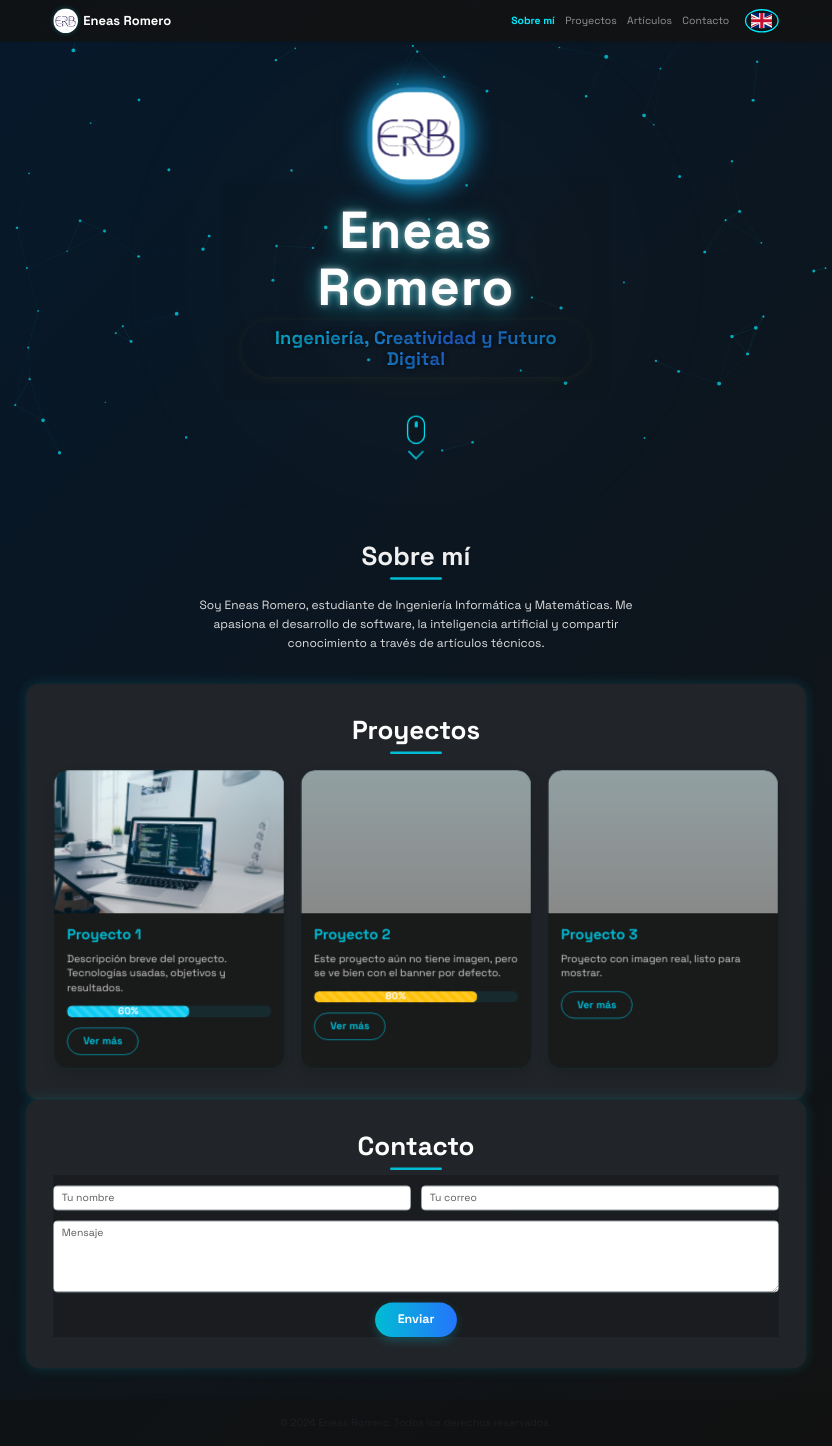
Repository: enerombar/enerombar.github.io
Page: index.html
These files come from the project's save history. The page is drawn as it stood at one moment and after a run of saves; the edit follows.
The browser window is 1280 px wide. The pictures show the whole page, at 65% of full size.
Pictures or frames that could not be fetched are drawn as grey boxes. Some web libraries are served in a nearby version.

Above is the page before, as saved 2025-06-27 02:19:58.
Console error: SyntaxError: Identifier 'translations' has already been declared

### index.html
<!DOCTYPE html>
<html lang="es">
<head>
  <meta charset="UTF-8" />
  <meta name="viewport" content="width=device-width, initial-scale=1" />
  <title>Eneas Romero - Portfolio</title>

  <!-- Google Fonts -->
  <link href="https://fonts.googleapis.com/css2?family=Space+Grotesk:wght@400;700&display=swap" rel="stylesheet" />

  <!-- Bootstrap -->
  <link href="https://cdn.jsdelivr.net/npm/bootstrap@5.3.0/dist/css/bootstrap.min.css" rel="stylesheet" />

<!-- AOS Animations -->
<link href="https://cdn.jsdelivr.net/npm/aos@2.3.4/dist/aos.css" rel="stylesheet" />


  <!-- FontAwesome Icons -->
  <script src="https://kit.fontawesome.com/2dd1da6546.js" crossorigin="anonymous"></script>

  <!-- Custom CSS -->
  <link href="styles.css" rel="stylesheet" />
  <!-- Elimina Particles.js -->
  <!-- <script src="https://cdn.jsdelivr.net/npm/particles.js@2.0.0/particles.min.js"></script> -->
</head>
<body>
  <!-- Pantalla de carga -->
  <div id="loading-screen">
    <div class="spinner"></div>
  </div>
  <!-- Fondo animado canvas -->
  <canvas id="background-canvas"></canvas>
  <!-- NAVBAR -->
  <nav class="navbar navbar-expand-lg navbar-dark bg-dark fixed-top shadow-sm" style="backdrop-filter: blur(8px); background:rgba(18,18,18,0.85)!important;">
    <div class="container">
      <a class="navbar-brand fw-bold d-flex align-items-center gap-2" href="index.html">
        <img src="img/logo.png" alt="Logo" style="height:38px;width:38px;border-radius:50%;background:#fff;padding:3px;box-shadow:0 0 8px #00eaff44;">
        Eneas Romero
      </a>
      <button class="navbar-toggler" type="button" data-bs-toggle="collapse" data-bs-target="#navbarNav"
        aria-controls="navbarNav" aria-expanded="false" aria-label="Toggle navigation">
        <span class="navbar-toggler-icon"></span>
      </button>

      <div class="collapse navbar-collapse justify-content-end" id="navbarNav">
        <ul class="navbar-nav align-items-center">
          <li class="nav-item">
            <a class="nav-link active" href="#hero" data-key="navAbout">Sobre mí</a>
          </li>
          <li class="nav-item">
            <a class="nav-link" href="proyectos.html" data-key="navProjectsPage">Proyectos</a>
          </li>
          <li class="nav-item">
            <a class="nav-link" href="articulos.html" data-key="navArticles">Artículos</a>
          </li>
          <li class="nav-item">
            <a class="nav-link" href="#contact" data-key="navContact">Contacto</a>
          </li>
          <li class="nav-item ms-3">
            <button id="langToggle" class="btn btn-flag" aria-label="Cambiar idioma" style="font-size:1.35rem;padding:0.2rem 0.5rem;">
              <img id="langFlag" src="img/gb.svg" alt="Cambiar idioma" style="height:24px;width:32px;object-fit:cover;">
            </button>
          </li>
        </ul>
      </div>
    </div>
  </nav>

  <!-- HERO -->
  <header id="hero" class="hero text-white d-flex align-items-center justify-content-center text-center" data-aos="fade-down"
    data-aos-duration="1500" data-aos-easing="ease-in-out" style="position:relative;z-index:1;">
    <div class="w-100 d-flex flex-column align-items-center">
      <!-- Logo centrado arriba -->
      <div class="hero-logo-wrapper">
        <img id="hero-logo" src="img/logo.png" alt="Logo Eneas Romero" style="height:130px;width:130px;max-width:130px;">
      </div>
      <!-- Título y subtítulo en recuadro -->
      <div class="hero-content-glass">
        <div class="hero-text-wrapper text-center">
          <h1 class="display-2 fw-bold hero-title" data-key="heroName">
            Eneas Romero
          </h1>
          <p class="lead hero-subtitle mb-2 text-gradient" data-key="heroSubtitle">
            Ingeniería, Creatividad y Futuro Digital
          </p>
        </div>
      </div>
      <!-- Indicador scroll animado fuera del recuadro -->
      <div class="scroll-indicator mt-4" aria-label="Desplazar hacia abajo">
        <button id="scroll-down-btn" class="scroll-mouse-btn" aria-label="Bajar a la siguiente sección">
          <span class="scroll-mouse">
            <span class="scroll-wheel"></span>
          </span>
          <span class="scroll-arrow"></span>
        </button>
      </div>
    </div>
  </header>

  <!-- SOBRE MÍ -->
  <section id="about" class="py-5" data-aos="fade-right" data-aos-duration="1200" data-aos-delay="200" style="position:relative;z-index:1;">
    <div class="container">
      <h2 class="mb-4 section-title" data-key="aboutTitle">Sobre mí</h2>
      <p class="section-text" data-key="aboutText">
        Soy Eneas Romero, estudiante de Ingeniería Informática y Matemáticas. Me apasiona el desarrollo de software,
        la inteligencia artificial y compartir conocimiento a través de artículos técnicos.
      </p>
    </div>
  </section>

  <!-- PROYECTOS -->
  <section id="projects" class="py-5 bg-dark text-white" style="position:relative;z-index:1;">
    <div class="container" data-aos="zoom-in" data-aos-duration="1500" data-aos-delay="300">
      <h2 class="mb-4 section-title" data-key="projectsTitle">Proyectos</h2>
      <div class="row g-4">

        <div class="col-md-4" data-aos="flip-left" data-aos-duration="1000" data-aos-delay="400">
          <div class="card h-100 shadow project-card elegant-card">
            <div class="project-img-wrapper">
              <img src="img/proyecto1.jpg" onerror="this.onerror=null;this.src='img/banner_default.png';"
                class="card-img-top" alt="Proyecto 1" />
              <div class="project-img-overlay"></div>
            </div>
            <div class="card-body">
              <h5 class="card-title" data-key="project1Title">Proyecto 1</h5>
              <p class="card-text" data-key="project1Desc">Descripción breve del proyecto. Tecnologías usadas, objetivos y resultados.</p>
              <!-- Barra de progreso -->
              <div class="progress mb-3 project-progress">
                <div class="progress-bar progress-bar-striped progress-bar-animated bg-info" role="progressbar" style="width: 60%;" aria-valuenow="60" aria-valuemin="0" aria-valuemax="100">60%</div>
              </div>
              <a href="#" class="btn btn-outline-primary project-btn" data-key="btnViewMore">Ver más</a>
            </div>
          </div>
        </div>

        <div class="col-md-4" data-aos="flip-left" data-aos-duration="1000" data-aos-delay="600">
          <div class="card h-100 shadow project-card elegant-card">
            <div class="project-img-wrapper">
              <img src="img/proyecto2.jpg" onerror="this.onerror=null;this.src='img/banner_default.png';"
                class="card-img-top" alt="Proyecto 2" />
              <div class="project-img-overlay"></div>
            </div>
            <div class="card-body">
              <h5 class="card-title" data-key="project2Title">Proyecto 2</h5>
              <p class="card-text" data-key="project2Desc">Este proyecto aún no tiene imagen, pero se ve bien con el banner por defecto.</p>
              <!-- Barra de progreso -->
              <div class="progress mb-3 project-progress">
                <div class="progress-bar progress-bar-striped progress-bar-animated bg-warning" role="progressbar" style="width: 80%;" aria-valuenow="80" aria-valuemin="0" aria-valuemax="100">80%</div>
              </div>
              <a href="#" class="btn btn-outline-primary project-btn" data-key="btnViewMore">Ver más</a>
            </div>
          </div>
        </div>

        <div class="col-md-4" data-aos="flip-left" data-aos-duration="1000" data-aos-delay="800">
          <div class="card h-100 shadow project-card elegant-card">
            <div class="project-img-wrapper">
              <img src="img/proyecto3.jpg" onerror="this.onerror=null;this.src='img/banner_default.png';"
                class="card-img-top" alt="Proyecto 3" />
              <div class="project-img-overlay"></div>
            </div>
            <div class="card-body">
              <h5 class="card-title" data-key="project3Title">Proyecto 3</h5>
              <p class="card-text" data-key="project3Desc">Proyecto con imagen real, listo para mostrar.</p>
              <a href="#" class="btn btn-outline-primary project-btn" data-key="btnViewMore">Ver más</a>
            </div>
          </div>
        </div>

      </div>
    </div>
  </section>

  <!-- CONTACTO -->
  <section id="contact" class="py-5 bg-dark text-white" data-aos="fade-up" data-aos-duration="1200" data-aos-delay="200" style="position:relative;z-index:1;">
    <div class="container">
      <h2 class="mb-4 section-title" data-key="contactTitle">Contacto</h2>
      <form class="contact-form-glass">
        <div class="row g-3">
          <div class="col-md-6">
            <input type="text" class="form-control" placeholder="Tu nombre" data-key-placeholder="formName" required />
          </div>
          <div class="col-md-6">
            <input type="email" class="form-control" placeholder="Tu correo" data-key-placeholder="formEmail" required />
          </div>
        </div>
        <div class="mb-3 mt-3">
          <textarea class="form-control" rows="4" placeholder="Mensaje" data-key-placeholder="formMessage" required></textarea>
        </div>
        <div class="d-flex justify-content-center">
          <button type="submit" class="btn btn-primary contact-btn" data-key="btnSend">Enviar</button>
        </div>
      </form>
    </div>
  </section>

  <!-- FOOTER -->
  <footer class="footer-glass text-center py-4 mt-5">
    <div class="container">
      <span class="text-muted">&copy; 2024 Eneas Romero. Todos los derechos reservados.</span>
    </div>
  </footer>

  <!-- Scripts Bootstrap y AOS -->
  <script src="https://cdn.jsdelivr.net/npm/bootstrap@5.3.0/dist/js/bootstrap.bundle.min.js"></script>
  <script src="https://cdn.jsdelivr.net/npm/aos@2.3.4/dist/aos.js"></script>
  <script src="scripts.js"></script>
</body>
</html>
  <script src="https://cdn.jsdelivr.net/npm/aos@2.3.4/dist/aos.js"></script>
  <script src="scripts.js"></script>
  <script>
    setTimeout(() => {
      document.getElementById('loading-screen').classList.add('hide');
    }, 200);

    AOS.init({
      once: true,
      mirror: false,
    });

    // Listeners de DOMContentLoaded combinados y lógica de traducción eliminada para resolver el error.
    // Asegúrate de que la lógica de traducción completa resida en `scripts.js`.
    document.addEventListener('DOMContentLoaded', function() {
      // Scroll al hacer click en el indicador
      const scrollBtn = document.getElementById('scroll-down-btn');
      if (scrollBtn) {
        scrollBtn.addEventListener('click', function(e) {
          e.preventDefault();
          const nextSection = document.querySelector('section');
          if (nextSection) {
            nextSection.scrollIntoView({ behavior: 'smooth' });
          }
        });
      }

      // Siempre empieza arriba al recargar el index
      if (window.location.hash) {
        window.scrollTo(0, 0);
        history.replaceState(null, null, window.location.pathname);
      } else {
        window.scrollTo(0, 0);
      }
    });
  </script>
</body>
</html>

### scripts.js
// Pantalla de carga
window.addEventListener('load', function() {
  setTimeout(() => {
    const loadingScreen = document.getElementById('loading-screen');
    if (loadingScreen) {
      loadingScreen.classList.add('hide');
    }
  }, 200);
});

// Inicializar AOS
AOS.init({
  once: true,
  mirror: false,
});

// Traducciones y lógica de idioma
const translations = {
  en: {
    navAbout: "About",
    navProjects: "Projects",
    navProjectsPage: "Projects",
    navArticles: "Articles",
    navContact: "Contact",
    heroName: "Eneas Romero",
    heroSubtitle: "Engineering, Creativity & Digital Future",
    btnViewProjects: "View Projects",
    aboutTitle: "About Me",
    aboutText: "I am Eneas Romero, a student of Computer Engineering and Mathematics. I am passionate about software development, artificial intelligence, and sharing knowledge through technical articles.",
    projectsTitle: "Projects",
    project1Title: "Project 1",
    project1Desc: "Brief project description. Technologies used, goals, and results.",
    project2Title: "Project 2",
    project2Desc: "This project doesn't have an image yet, but it looks good with the default banner.",
    project3Title: "Project 3",
    project3Desc: "Project with real image, ready to showcase.",
    btnViewMore: "View More",
    contactTitle: "Contact",
    formName: "Your name",
    formEmail: "Your email",
    formMessage: "Message",
    btnSend: "Send",
    articlesTitle: "Articles"
  },
  es: {
    navAbout: "Sobre mí",
    navProjects: "Proyectos",
    navProjectsPage: "Proyectos",
    navArticles: "Artículos",
    navContact: "Contacto",
    heroName: "Eneas Romero",
    heroSubtitle: "Ingeniería, Creatividad y Futuro Digital",
    btnViewProjects: "Ver proyectos",
    aboutTitle: "Sobre mí",
    aboutText: "Soy Eneas Romero, estudiante de Ingeniería Informática y Matemáticas. Me apasiona el desarrollo de software, la inteligencia artificial y compartir conocimiento a través de artículos técnicos.",
    projectsTitle: "Proyectos",
    project1Title: "Proyecto 1",
    project1Desc: "Descripción breve del proyecto. Tecnologías usadas, objetivos y resultados.",
    project2Title: "Proyecto 2",
    project2Desc: "Este proyecto aún no tiene imagen, pero se ve bien con el banner por defecto.",
    project3Title: "Proyecto 3",
    project3Desc: "Proyecto con imagen real, listo para mostrar.",
    btnViewMore: "Ver más",
    contactTitle: "Contacto",
    formName: "Tu nombre",
    formEmail: "Tu correo",
    formMessage: "Mensaje",
    btnSend: "Enviar",
    articlesTitle: "Artículos"
  }
};

let currentLang = 'es';

function updateLangFlag() {
  const langToggle = document.getElementById('langToggle');
  if (langToggle) {
    const langFlag = langToggle.querySelector('#langFlag');
    if (langFlag) {
      langFlag.src = currentLang === 'es' ? 'img/gb.svg' : 'img/es.svg';
    }
    langToggle.setAttribute('aria-label', currentLang === 'es' ? 'Switch to English' : 'Cambiar a español');
  }
}

function applyTranslations() {
  // Cambiar textos con data-key
  document.querySelectorAll('[data-key]').forEach(el => {
    const key = el.getAttribute('data-key');
    if (translations[currentLang] && translations[currentLang][key]) {
      el.textContent = translations[currentLang][key];
    }
  });

  // Cambiar placeholders con data-key-placeholder
  document.querySelectorAll('[data-key-placeholder]').forEach(el => {
    const key = el.getAttribute('data-key-placeholder');
    if (translations[currentLang] && translations[currentLang][key]) {
      el.setAttribute('placeholder', translations[currentLang][key]);
    }
  });
}

function switchLanguage() {
  currentLang = currentLang === 'es' ? 'en' : 'es';
  updateLangFlag();
  applyTranslations();
}

document.addEventListener('DOMContentLoaded', function() {
  // Language switcher setup
  const langToggle = document.getElementById('langToggle');
  if (langToggle) {
    langToggle.addEventListener('click', switchLanguage);
  }

  // Set initial language state
  updateLangFlag();
  applyTranslations();

  // Scroll al hacer click en el indicador
  const scrollBtn = document.getElementById('scroll-down-btn');
  if (scrollBtn) {
    scrollBtn.addEventListener('click', function(e) {
      e.preventDefault();
      const nextSection = document.querySelector('#hero + section');
      if (nextSection) {
        nextSection.scrollIntoView({ behavior: 'smooth' });
      }
    });
  }

  // Siempre empieza arriba al recargar el index
  if (document.getElementById('hero')) {
    if (window.location.hash) {
      window.scrollTo(0, 0);
      history.replaceState(null, null, window.location.pathname);
    } else {
      window.scrollTo(0, 0);
    }
  }

  // Animated background
  const canvas = document.getElementById('background-canvas');
  if (canvas) {
    const ctx = canvas.getContext('2d');
    let width, height;
    let particles = [];
    const numParticles = window.innerWidth > 768 ? 80 : 40;
    const connectDistance = window.innerWidth > 768 ? 120 : 90;

    const particleColor = 'rgba(0, 234, 255, 0.7)';
    const lineColor = 'rgba(0, 234, 255, 0.15)';

    function init() {
      width = canvas.width = window.innerWidth;
      height = canvas.height = window.innerHeight;
      particles = [];
      for (let i = 0; i < numParticles; i++) {
        particles.push({
          x: Math.random() * width,
          y: Math.random() * height,
          radius: Math.random() * 2 + 1,
          vx: (Math.random() - 0.5) * 0.5,
          vy: (Math.random() - 0.5) * 0.5
        });
      }
    }

    function draw() {
      ctx.clearRect(0, 0, width, height);

      ctx.fillStyle = particleColor;
      particles.forEach(p => {
        ctx.beginPath();
        ctx.arc(p.x, p.y, p.radius, 0, Math.PI * 2);
        ctx.fill();
      });

      ctx.strokeStyle = lineColor;
      ctx.lineWidth = 1;
      for (let i = 0; i < particles.length; i++) {
        for (let j = i + 1; j < particles.length; j++) {
          const dist = Math.hypot(particles[i].x - particles[j].x, particles[i].y - particles[j].y);
          if (dist < connectDistance) {
            ctx.globalAlpha = 1 - (dist / connectDistance);
            ctx.beginPath();
            ctx.moveTo(particles[i].x, particles[i].y);
            ctx.lineTo(particles[j].x, particles[j].y);
            ctx.stroke();
          }
        }
      }
      ctx.globalAlpha = 1;
    }

    function update() {
      particles.forEach(p => {
        p.x += p.vx;
        p.y += p.vy;

        if (p.x < 0 || p.x > width) p.vx = -p.vx;
        if (p.y < 0 || p.y > height) p.vy = -p.vy;
      });
    }

    function animate() {
      requestAnimationFrame(animate);
      draw();
      update();
    }

    let resizeTimeout;
    function onResize() {
        clearTimeout(resizeTimeout);
        resizeTimeout = setTimeout(init, 250);
    }

    init();
    animate();

    window.addEventListener('resize', onResize);
  }
});

Loaded but not shown: styles.css (617 lines, source omitted)

After the next 4 saves:
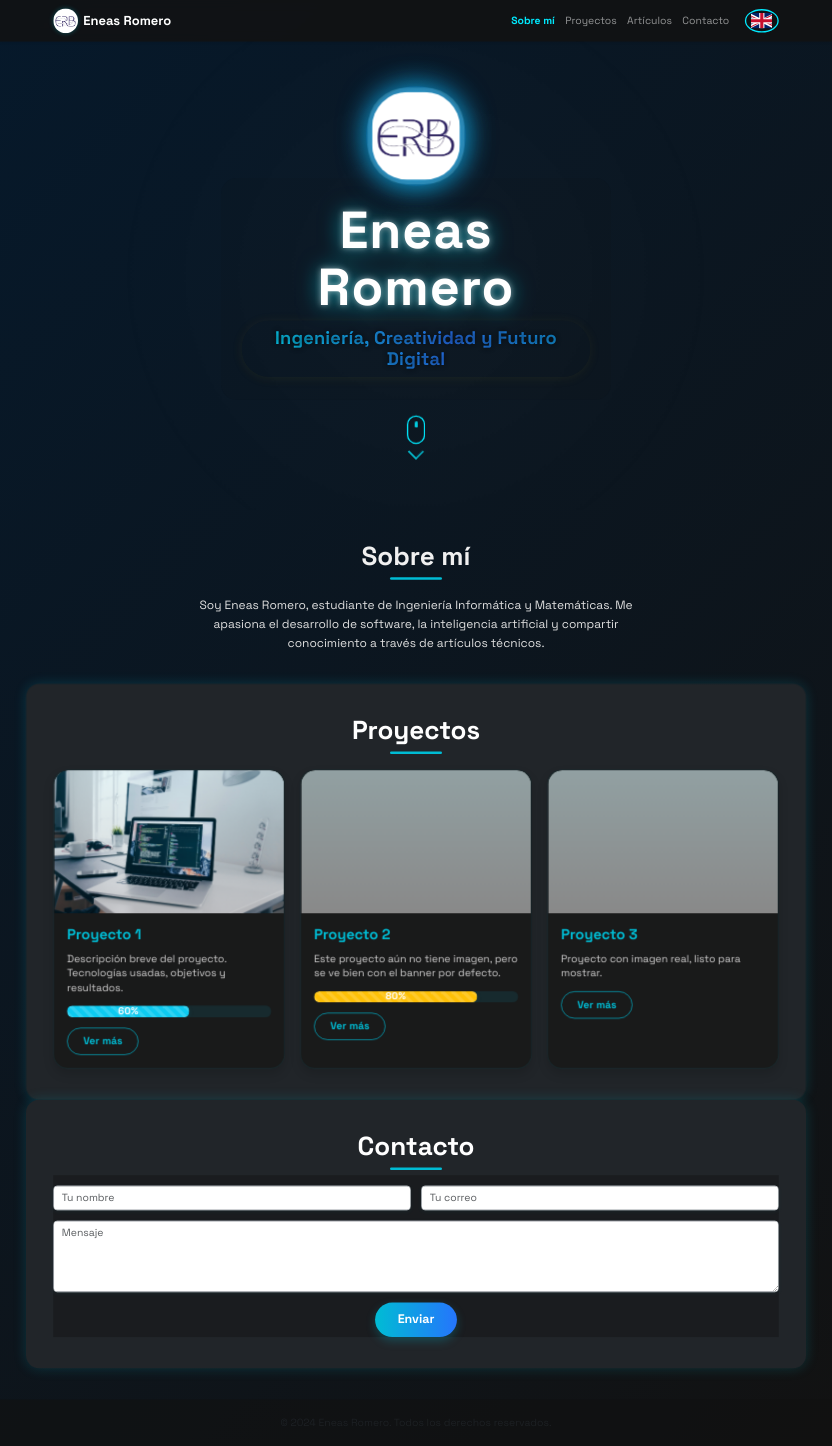
The 4 saves are shown as one change because they came seconds apart.
The last was saved 11 s later.
--- a/scripts.js
+++ b/scripts.js
@@ -139,86 +139,4 @@ document.addEventListener('DOMContentLoaded', function() {
       window.scrollTo(0, 0);
     }
   }
-
-  // Animated background
-  const canvas = document.getElementById('background-canvas');
-  if (canvas) {
-    const ctx = canvas.getContext('2d');
-    let width, height;
-    let particles = [];
-    const numParticles = window.innerWidth > 768 ? 80 : 40;
-    const connectDistance = window.innerWidth > 768 ? 120 : 90;
-
-    const particleColor = 'rgba(0, 234, 255, 0.7)';
-    const lineColor = 'rgba(0, 234, 255, 0.15)';
-
-    function init() {
-      width = canvas.width = window.innerWidth;
-      height = canvas.height = window.innerHeight;
-      particles = [];
-      for (let i = 0; i < numParticles; i++) {
-        particles.push({
-          x: Math.random() * width,
-          y: Math.random() * height,
-          radius: Math.random() * 2 + 1,
-          vx: (Math.random() - 0.5) * 0.5,
-          vy: (Math.random() - 0.5) * 0.5
-        });
-      }
-    }
-
-    function draw() {
-      ctx.clearRect(0, 0, width, height);
-
-      ctx.fillStyle = particleColor;
-      particles.forEach(p => {
-        ctx.beginPath();
-        ctx.arc(p.x, p.y, p.radius, 0, Math.PI * 2);
-        ctx.fill();
-      });
-
-      ctx.strokeStyle = lineColor;
-      ctx.lineWidth = 1;
-      for (let i = 0; i < particles.length; i++) {
-        for (let j = i + 1; j < particles.length; j++) {
-          const dist = Math.hypot(particles[i].x - particles[j].x, particles[i].y - particles[j].y);
-          if (dist < connectDistance) {
-            ctx.globalAlpha = 1 - (dist / connectDistance);
-            ctx.beginPath();
-            ctx.moveTo(particles[i].x, particles[i].y);
-            ctx.lineTo(particles[j].x, particles[j].y);
-            ctx.stroke();
-          }
-        }
-      }
-      ctx.globalAlpha = 1;
-    }
-
-    function update() {
-      particles.forEach(p => {
-        p.x += p.vx;
-        p.y += p.vy;
-
-        if (p.x < 0 || p.x > width) p.vx = -p.vx;
-        if (p.y < 0 || p.y > height) p.vy = -p.vy;
-      });
-    }
-
-    function animate() {
-      requestAnimationFrame(animate);
-      draw();
-      update();
-    }
-
-    let resizeTimeout;
-    function onResize() {
-        clearTimeout(resizeTimeout);
-        resizeTimeout = setTimeout(init, 250);
-    }
-
-    init();
-    animate();
-
-    window.addEventListener('resize', onResize);
-  }
 });
